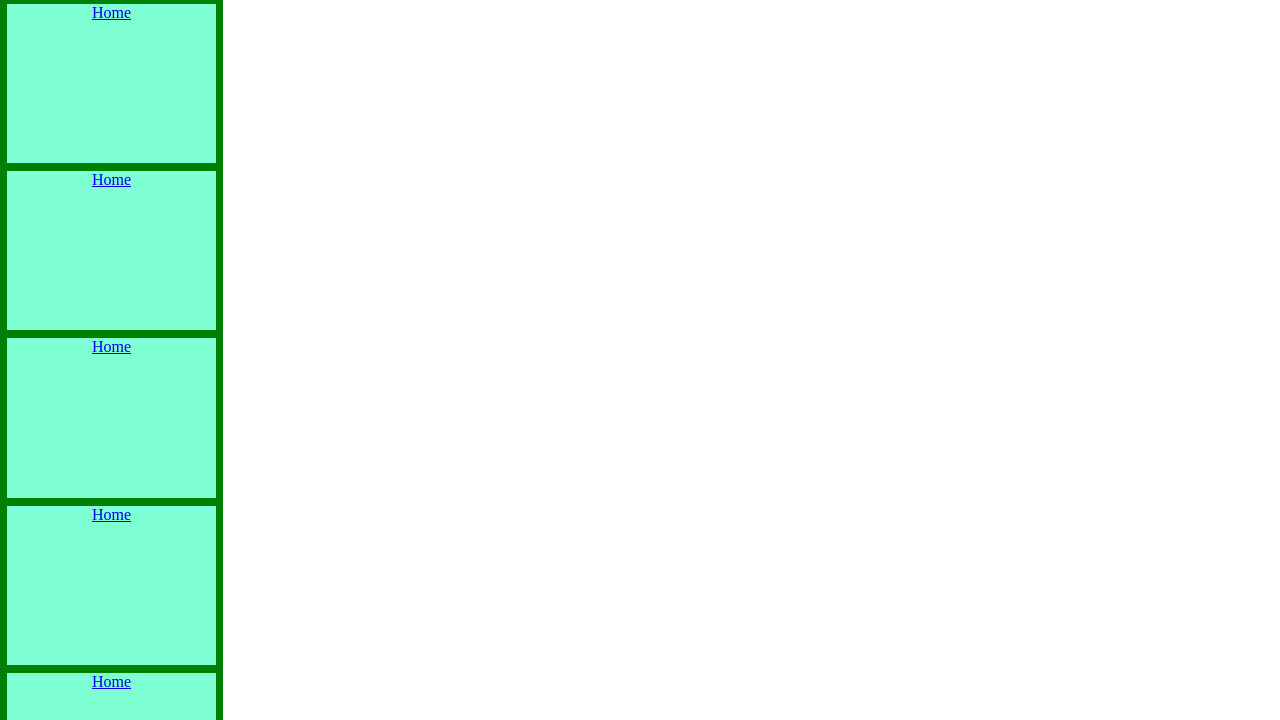
Repository: Tahaa2t/Researchers
Page: /
The author's editor kept a copy of each file at every save. The page is drawn from the files as they stood at one save, then again after the next save.
The browser window is 1280 px wide. The pictures show the whole page.
The project was rebuilt for these pictures with package versions that can differ from the ones it lists, and the page was loaded fresh each time. Also part of the build but not shown: src/Components/loginform.js, src/Components/HomePage.js.

Above is the page before, as saved 2023-07-05 20:35:43.

### src/App.js
import { BrowserRouter, Routes, Route } from "react-router-dom";
import "./App.css"
import LoginForm from "./Components/loginform"
import HomePage from "./Components/HomePage";
import Navbar from "./Components/Navbar";

// color pallet
// #3aa6b9
// #D0E8E1
// #348472


function App() {



  return (
    <div className="App">

      {/* <LoginForm /> */}
      <Navbar />
      {/* <BrowserRouter>
        <Routes>
          <Route path="/" Component={<LoginForm />} />
          <Route path="/home" Component={<HomePage />} />
        </Routes>
      </BrowserRouter> */}
    </div>
  );
}

export default App;

### src/Components/Navbar.js
import React, { useState } from "react";
import { useNavigate } from 'react-router-dom';
import axios from 'axios';
import "./css/navbarstyle.css";

const Navbar = () => {
  return (
    <div className="navbar-boundry">
      <nav>
        <a className="btn home-btn" href="/#">
          Home
        </a>
        <a className="btn home-btn" href="/#">
          Home
        </a>
        <a className="btn home-btn" href="/#">
          Home
        </a>
        <a className="btn home-btn" href="/#">
          Home
        </a>
        <a className="btn home-btn" href="/#">
          Home
        </a>

      </nav>





    </div>
  )
}

export default Navbar

### src/Components/css/loginstyle.css
@import url('https://fonts.googleapis.com/css?family=Josefin+Sans');


/* notes

---centering something---
display: flex;
  justify-content: center;
  align-items: center;



--- neechay ya uper se qareeb krna ho tou---
.check-btn {
  position: relative;
  bottom: 3em;
}
*/


* {
  margin: 0;
  box-sizing: border-box;
}

.page {
  background-color: #3aa6b9;
  height: 100vh;
  width: 100%;
  display: flex;
  justify-content: space-around;
  align-items: center;
  font-family: 'Josefin Sans', cursive;
}

.cover {
  background-image: linear-gradient(#D0E8E1, rgba(178, 209, 233, 0));
  width: 50%;
  min-width: 240px;
  max-width: 800px;
  height: 620px;
  position: fixed;
  border-radius: 0.5em;
  display: flex;
  flex: 1 1 200;
  flex-direction: column;
  align-items: center;
  justify-content: space-evenly;
  flex-wrap: wrap;
}

h1 {
  color: rgb(3, 45, 77);
  display: flex;
  flex-wrap: wrap;
}

.user-input {

  display: flex;
  /* flex-direction: column; */
  justify-content: space-evenly;
  width: 80%;
  height: 10%;
  flex-wrap: wrap;
  /* background-color: green; */
}
input[type=text]{
  background-color: rgba(0,0,0,0);
  border-color: #348472;
  border-radius: 8px 8px 8px 8px;
  border-width: 10%;
  border-style: solid;
  display: flex;
  justify-content: space-evenly;
  margin: 8px;
  /* outline-color: rgb(6, 106, 183); */
  height: 44px;
  width: 240px;
  /* bottom: -1.5em; */
}


input[type=password]{
  background-color: rgba(0,0,0,0);
  border-color: #348472;
  border-radius: 8px 8px 8px 8px;
  border-width: 10%;
  border-style: solid;
  display: flex;
  justify-content: space-evenly;
  margin: 8px;
  /* outline-color: rgb(6, 106, 183); */
  height: 44px;
  width: 240px;
  /* position: relative;
  top: -1.5em; */
}

input:focus {
  background-color: #348472;
  opacity: 50%;
}

.line{
  text-decoration: underline;
  color: black;
}

.login-btn {
  appearance: none;
  background-color: rgba(0,0,0,0);
  border-width: 0;
  box-sizing: border-box;
  color: black;
  cursor: pointer;
  display: inline-block;
  font-family: Clarkson,Helvetica,sans-serif;
  font-size: 14px;
  font-weight: 500;
  letter-spacing: 0;
  line-height: 1em;
  margin: 0;
  opacity: 1;
  outline: 0;
  padding: 1.5em 2.2em;
  position: relative;
  text-align: center;
  text-decoration: none;
  text-rendering: geometricprecision;
  text-transform: uppercase;
  transition: opacity 300ms cubic-bezier(.694, 0, 0.335, 1),background-color 100ms cubic-bezier(.694, 0, 0.335, 1),color 100ms cubic-bezier(.694, 0, 0.335, 1);
  user-select: none;
  -webkit-user-select: none;
  touch-action: manipulation;
  vertical-align: baseline;
  white-space: nowrap;
  display: flex;
  justify-content: center;
  align-items: center;
}

.login-btn:before {
  animation: opacityFallbackOut .5s step-end forwards;
  backface-visibility: hidden;
  background-color: #348472;
  opacity: 50%;
  clip-path: polygon(-1% 0, 0 0, -25% 100%, -1% 100%);
  content: "";
  height: 100%;
  left: 0;
  position: absolute;
  top: 0;
  transform: translateZ(0);
  transition: clip-path .5s cubic-bezier(.165, 0.84, 0.44, 1), -webkit-clip-path .5s cubic-bezier(.165, 0.84, 0.44, 1);
  width: 100%;
}

.login-btn:hover:before {
  animation: opacityFallbackIn 0s step-start forwards;
  clip-path: polygon(0 0, 101% 0, 101% 101%, 0 101%);
}

.login-btn:after {
  background-color: #FFFFFF;
}

.login-btn span {
  z-index: 1;
  position: relative;
}


.check-btn input {
  display:inline-block;
  margin-right:10px;
}
.check-btn p {
  display:inline-block;
}



/* use state */
.hide {
  display: none;
}

.login-popup {
  position: absolute;
  width: 40em;
  height: 35em;
  display: flex;
  flex-direction: column;
  align-items: center;
  justify-content: center;
  border-radius: 0.25em;
  outline-color: rgb(3, 58, 101);
  background-color: rgba(0,0,0,0);
  backdrop-filter: blur(5px);
  /* color: rgb(3, 58, 101); */
  bottom: 0;
  transform: scale(1);
  transform: 1.5s;
}

### src/Components/css/navbarstyle.css
* {
  margin: 0;
  box-sizing: border-box;
}

nav {
  width: 223px;
  height: 836px;
  background-color: green;
  display: flex;
  justify-content: center;
  align-items: center;
  flex-direction: column;
  position: fixed;
}
.btn {
  background-color: aquamarine;
  width: 94%;
  height: 10px;
  margin: 4px;
  display: flex;
  flex: 1;
  justify-content: center;
  align-content: center;
}

/* .btn button {
  background-color: blue;
  border: none;
  border-radius: 8px;
  color: white;
  padding: 20% 20%;
  text-align: center;
  text-decoration: none;
  font-weight: 500;
  display: inline-block;
  font-size: 16px;
  justify-content: space-evenly;
  margin: 2px;

} */

Loaded but not shown: public/index.html (common file); src/index.js (common file); src/reportWebVitals.js (common file); src/App.css (common file)

After the next save:
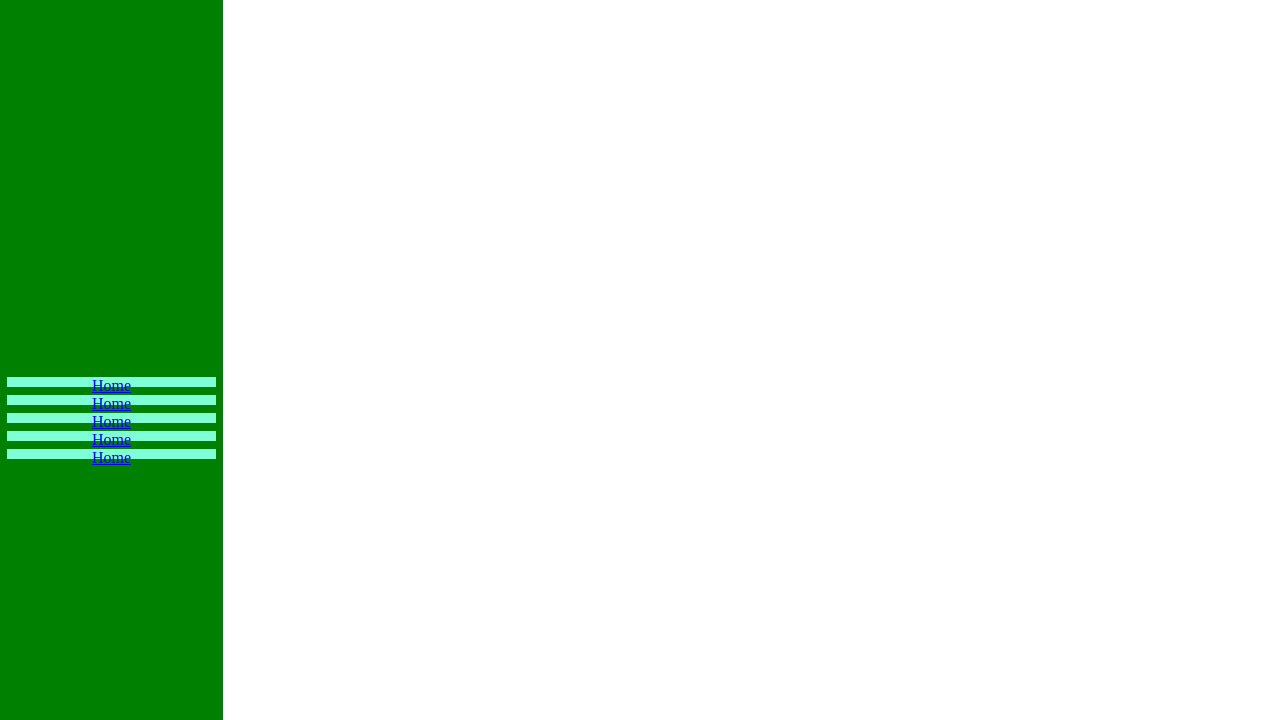
Saved 10 s later.
--- a/src/Components/css/navbarstyle.css
+++ b/src/Components/css/navbarstyle.css
@@ -19,7 +19,7 @@
   height: 10px;
   margin: 4px;
   display: flex;
-  flex: 1;
+  /* flex: 1; */
   justify-content: center;
   align-content: center;
 }

After the save that followed:
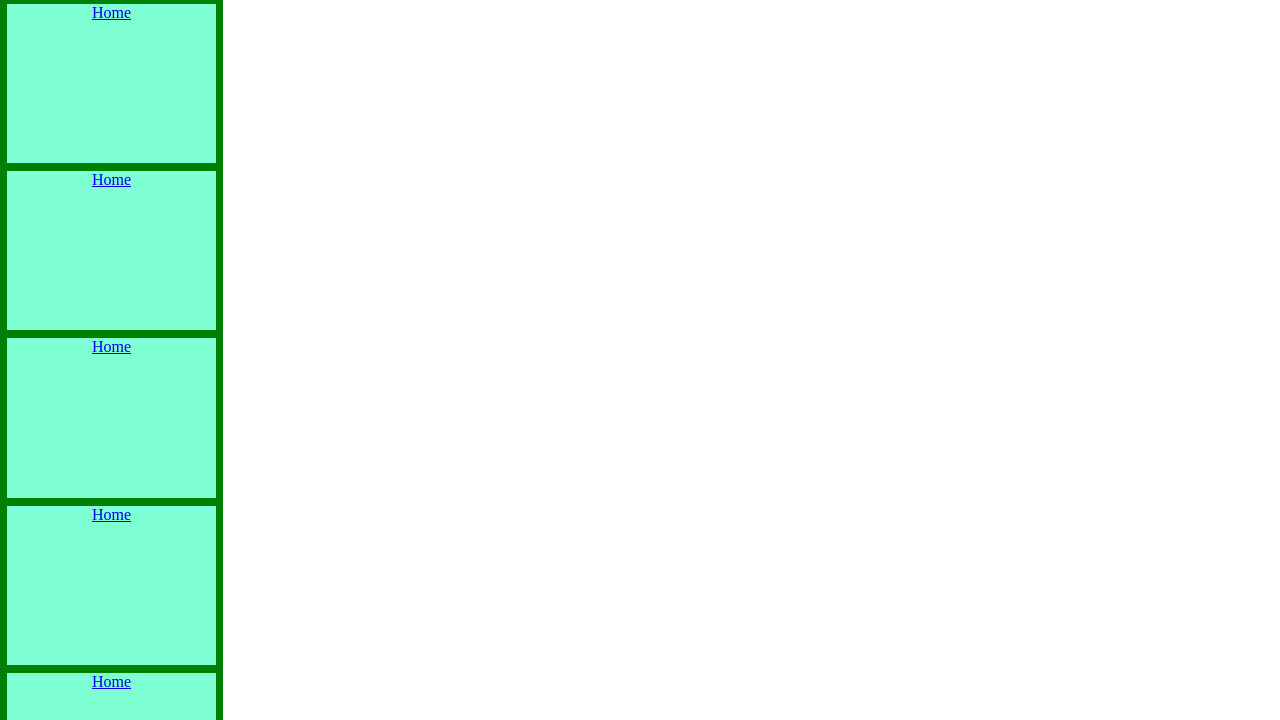
Saved 5 s later.
--- a/src/Components/css/navbarstyle.css
+++ b/src/Components/css/navbarstyle.css
@@ -19,7 +19,7 @@
   height: 10px;
   margin: 4px;
   display: flex;
-  /* flex: 1; */
+  flex: 2;
   justify-content: center;
   align-content: center;
 }
